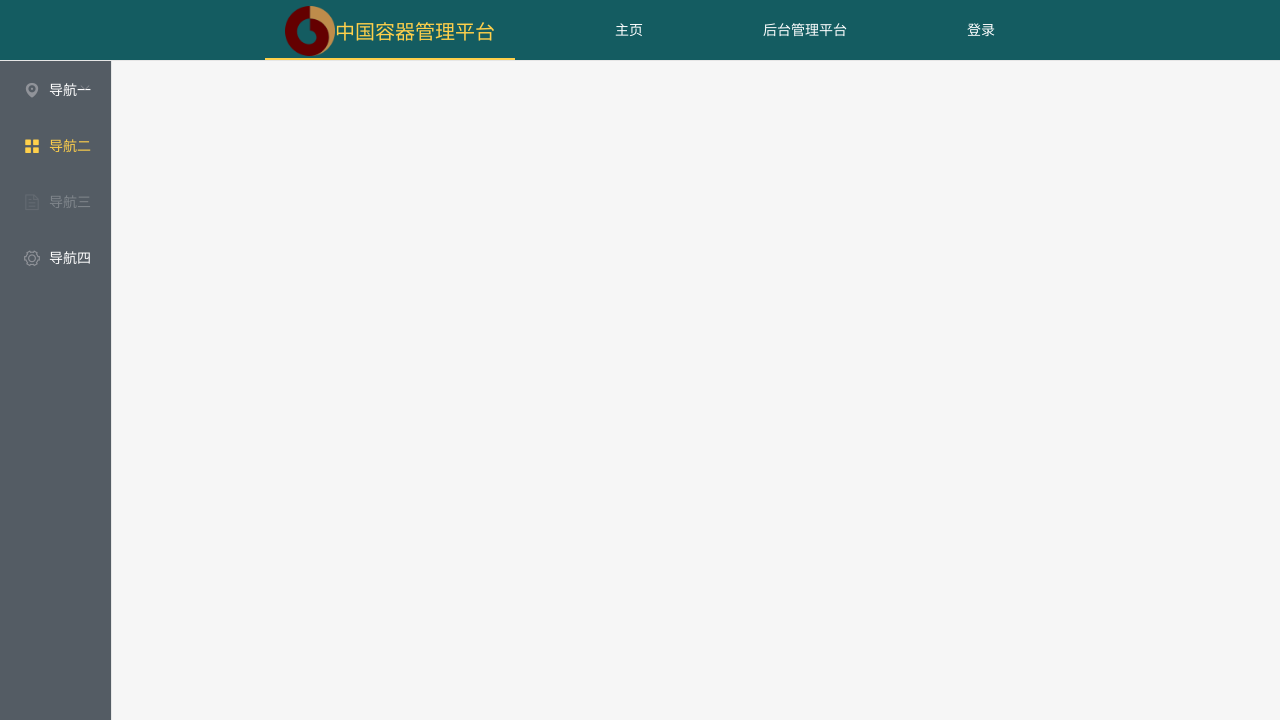
Repository: lei123zhou/zhongjin
Page: /main/management
An editor plug-in stored every save of this project. The page is shown before and after the next save, followed by the edit.
The browser window is 1280 px wide. The pictures show the whole page.
The project was rebuilt for these pictures with package versions that can differ from the ones it lists, and the page was loaded fresh each time. Also part of the build but not shown: vue.config.js, src/pages/management/user/UserPage.vue.

Above is the page before, as saved 2022-08-29 21:30:23.

After the next save:
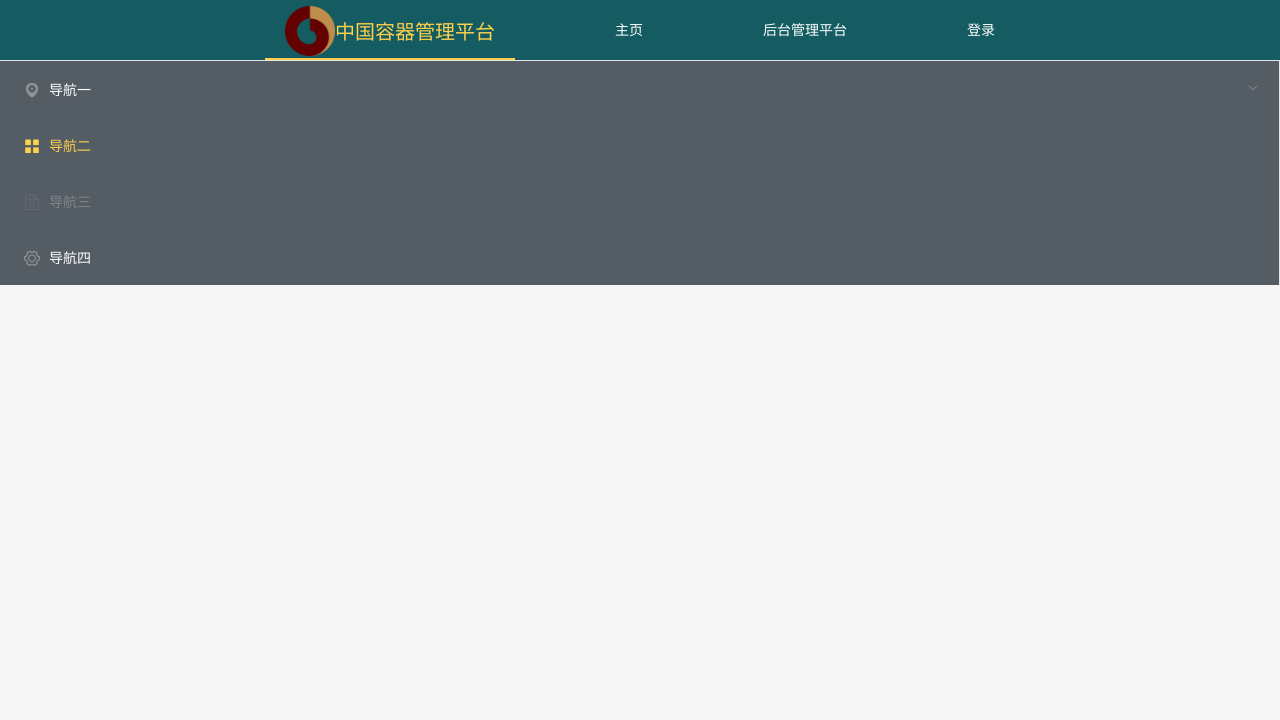
Saved 36 s later.
--- a/src/pages/management/ManagementPage.vue
+++ b/src/pages/management/ManagementPage.vue
@@ -49,6 +49,7 @@
 
 <style lang="less" scoped>
 .manangement{
+    mar
     display: flex;
     height: 100%;
 }

After the 2 saves that followed:
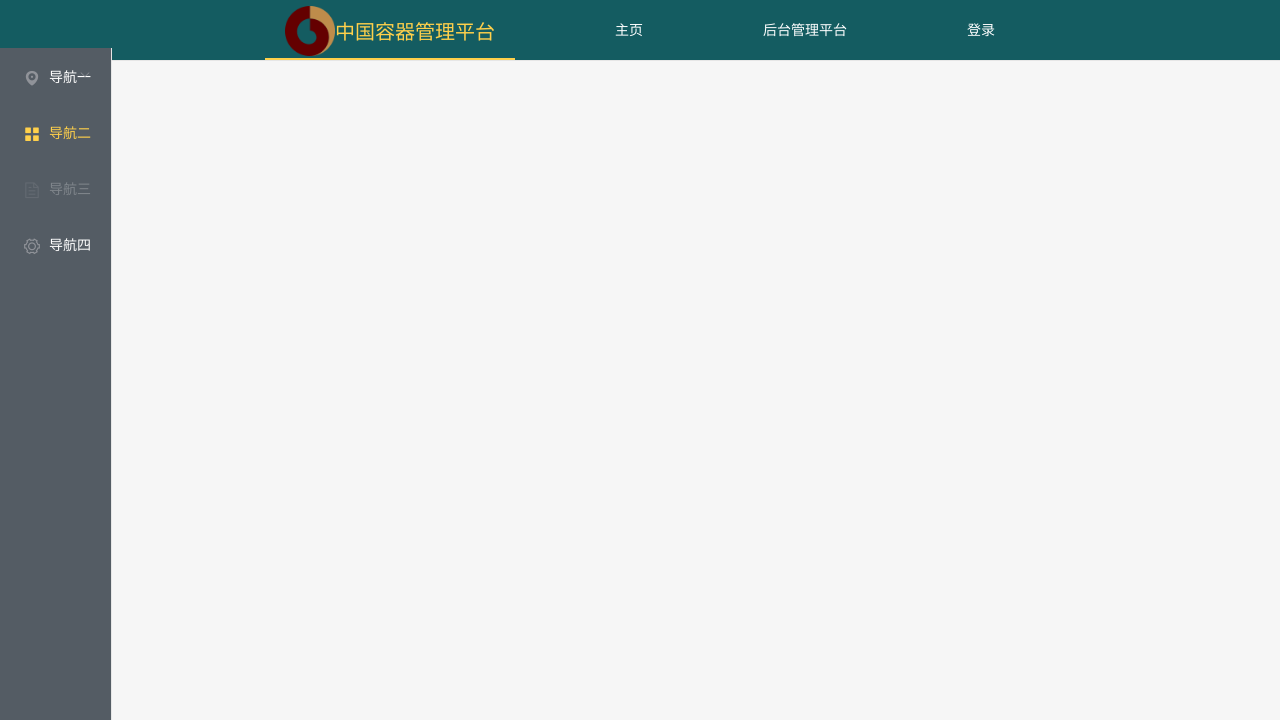
The 2 saves are shown as one change because they came seconds apart.
The last was saved 7 s later.
--- a/src/pages/management/ManagementPage.vue
+++ b/src/pages/management/ManagementPage.vue
@@ -49,7 +49,7 @@
 
 <style lang="less" scoped>
 .manangement{
-    mar
+    margin-top: -1%;
     display: flex;
     height: 100%;
 }
